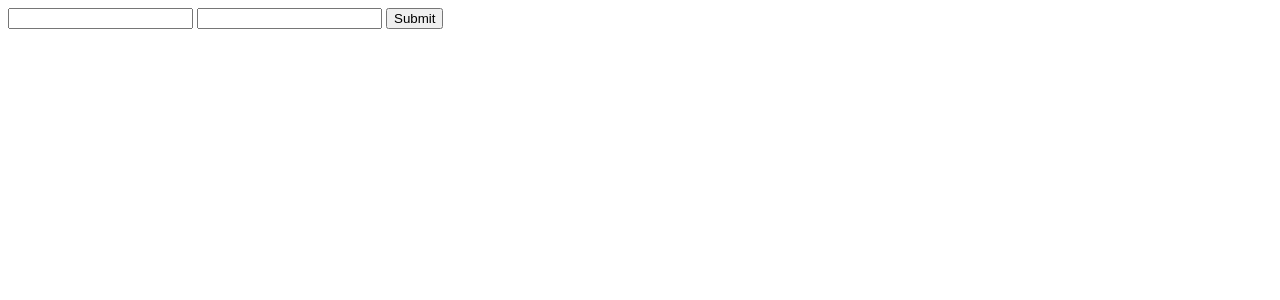
Repository: BAYA2200/beam_task_without_ai
Page: http://localhost/postcreate
An editor plug-in stored every save of this project. The page is shown before and after the next save, followed by the edit.
The browser window is 1280 px wide. The pictures show the whole page.
The page is served by the project's Laravel application, run on PHP 8.4 with Laravel 12. Queries for data that is not in the repository find no rows.

Above is the page before, as saved 2026-10-16 13:08:30.

After the next save:
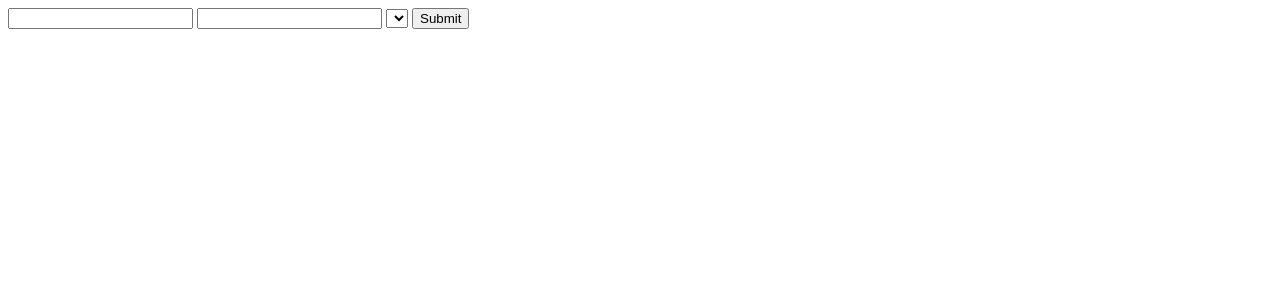
Saved 95 min 3 s later.
--- a/resources/views/post/create.blade.php
+++ b/resources/views/post/create.blade.php
@@ -2,17 +2,19 @@
 	@csrf
     <input name="name">
 	<input name="discription">
+        <select name="user_id" >
+
     @foreach ($users as $user)
 
 
-    <select name="user_id" >
 
   <option value="user_id"><p>{{$user->id}} </option>
 
 
-    </select>
 
     @endforeach
+        </select>
+
 	<input type="submit">
 
 </form>
